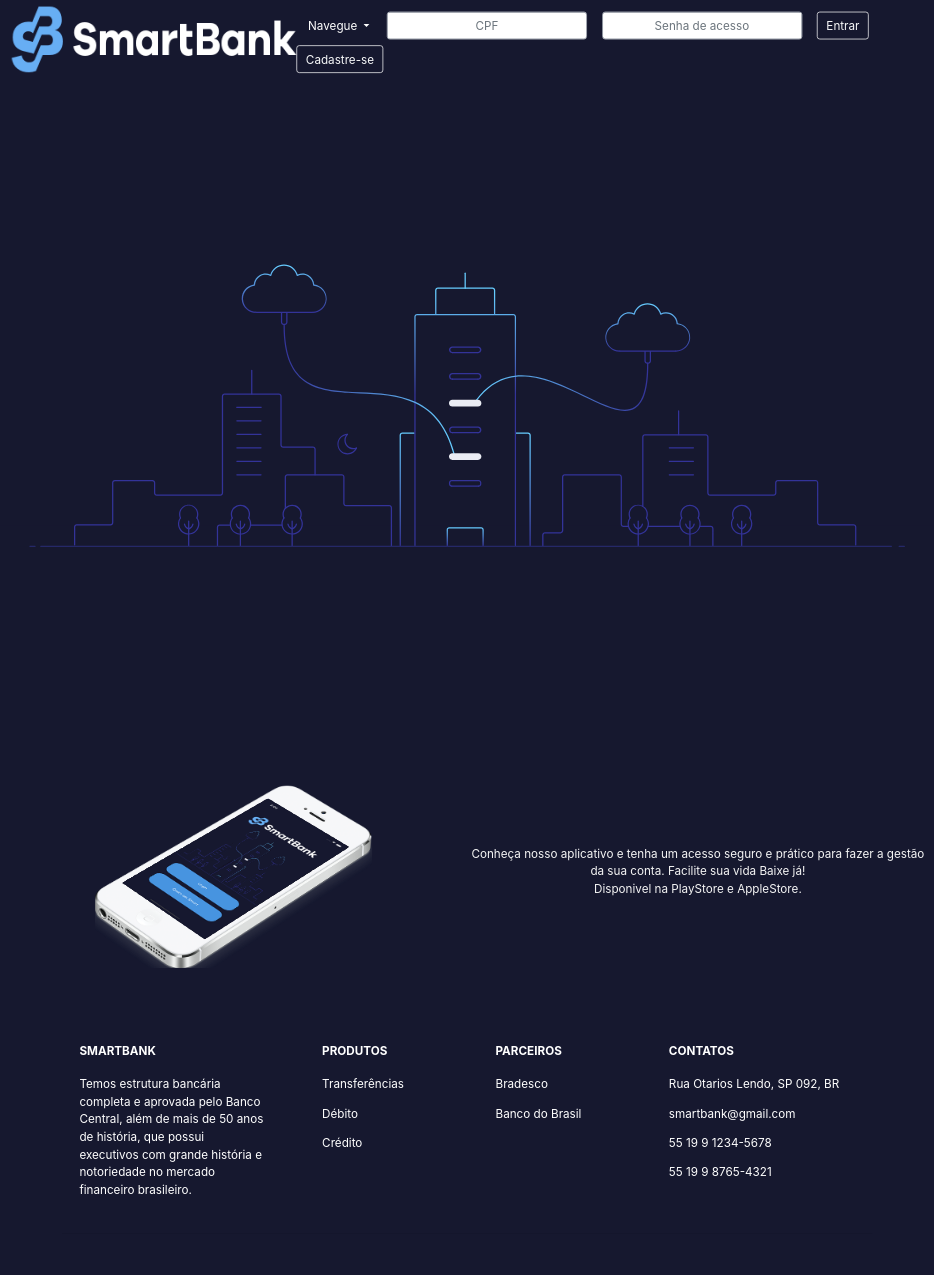
Repository: davitolentino/Mini-Projeto-SmartBank
Page: http://localhost/SmartBank/home.jsp
The author's editor kept a copy of each file at every save. The page is drawn from the files as they stood at one save, then again after the next save.
The browser window is 1280 px wide. The pictures show the whole page, at 73% of full size.
The page is served by Tomcat 9.

Above is the page before, as saved 2020-03-04 13:19:24.

### frontend/SmartBank/WebContent/home.jsp
<%@page import="java.util.Calendar"%>
<%@page import="java.util.Date"%>
<%@ page language="java" contentType="text/html; charset=ISO-8859-1"
	pageEncoding="ISO-8859-1"
	import="java.net.*"
    import="java.io.*"
	import="org.json.*"
	import="java.lang.Object.*"%>
<!DOCTYPE html>
<html>
<head>
<meta charset="UTF-8">
<meta name="viewport" content="width=device-width, initial-scale=1.0">
<meta http-equiv="X-UA-Compatible" content="ie=edge">
<title>PÁGINA INICIAL</title>
<script src="bootstrap/jquery/dist/jquery.slim.min.js"></script>
<script src="jQuery Mask/jquery.mask.js"></script>
<script src="bootstrap/popper.js/dist/umd/popper.min.js"></script>
<script src="bootstrap/dist/js/bootstrap.min.js"></script>
<link rel="stylesheet" type="text/css" href="homecss.css" />
<link rel="stylesheet" href="bootstrap/dist/css/bootstrap.min.css">
<link rel="icon" type="image/png" href="img/logo.png" />
<style>
.celular {
	position: relative;
	display: block;
	margin-left: auto;
	margin-right: auto;
}

a:link {
	text-decoration: none;
}

.celular .screen {
	position: absolute;
	top: 0;
	left: 0;
	transition: 0.5s;
}

.celular:hover .screen.screen5 {
	transform: translateY(-160px);
	opacity: 1;
}

.celular:hover .screen.screen4 {
	transform: translateY(-1);
	opacity: .8;
}

.celular:hover .screen.screen3 {
	transform: translateY(-80px);
	opacity: .6;
}

.celular:hover .screen.screen2 {
	transform: translateY(-40px);
	opacity: .4;
}

.celular:hover .screen.screen1 {
	transform: translateY(0px);
	opacity: .2;
}
</style>
</head>
<body class="conteudo">
	<%
		String nb = "nobody";
		String whois = (session.getAttribute("usuario") == null) ? "{\"nobody\":"+nb+"}" : session.getAttribute("usuario").toString();
		JSONObject j = new JSONObject(whois);
		String saldo = "";

		if(!whois.equals("{\"nobody\":"+nb+"}")){
			String n = j.getString("numero_conta");
			j.put("numero_conta", n);

			String teste = "teste";

			if(teste.equals("teste")){
				URL url = new URL("http://10.87.203.16:8080/WebService/service");

				HttpURLConnection con = (HttpURLConnection) url.openConnection();
				con.setRequestMethod("POST");
				con.setDoOutput(true);

				String parametros = "id=2&tipo=2&valores="+j.toString();
				DataOutputStream wr = new DataOutputStream(con.getOutputStream());
				wr.writeBytes(parametros);

				BufferedReader br = new BufferedReader(new InputStreamReader(con.getInputStream()));

				String apnd = "", linha = "";

				while((linha = br.readLine()) != null) apnd += linha;

				JSONObject obj = new JSONObject(apnd);
				saldo = obj.getString("saldo");
			}
		}

		String tipo = request.getParameter("tipo");

		if(tipo != null){
			if(tipo.equals("6")){
				URL url = new URL("http://10.87.203.16:8080/WebService/service");

				String cpf = request.getParameter("cpf");
				String cpf1 = cpf.replace(".", "");
				String cpfzao = cpf1.replace("-", "");

				String senhaAcesso = request.getParameter("senhaAcessoLogin");
				String sair = request.getParameter("sair");

				JSONObject json = new JSONObject();
				json.put("documento", cpfzao);
				json.put("senhaAcesso", senhaAcesso);

				HttpURLConnection con = (HttpURLConnection) url.openConnection();
				con.setRequestMethod("POST");
				con.setDoOutput(true);

				String parametros = "id=2&tipo=6&valores="+json.toString();
				DataOutputStream wr = new DataOutputStream(con.getOutputStream());
				wr.writeBytes(parametros);

				BufferedReader br = new BufferedReader(new InputStreamReader(con.getInputStream()));

				String apnd = "", linha = "";

				while((linha = br.readLine()) != null) apnd += linha;

				JSONObject obj = new JSONObject(apnd);
				String nome = obj.getString("nome");
				String numero = obj.getString("numero_conta");

				HttpSession hs = request.getSession();
				hs.setAttribute("usuario", apnd);
				response.sendRedirect("home.jsp");
			}else{
				HttpSession hs = request.getSession();
				hs.invalidate();
				response.sendRedirect("home.jsp");
			}
		}

		String tipagem = request.getParameter("tipagem");
		String recebedor = "";

		if(tipagem != null){
			String nome = request.getParameter("nome");

			String cpf = request.getParameter("cpf");
			String cpf1 = cpf.replace(".", "");
			String cpfzao = cpf1.replace("-", "");

			String dataNasc = request.getParameter("dataNasc");
			String dataNasc1 = dataNasc.replace("/", "");

			String endereco = request.getParameter("endereco");

			String telefone = request.getParameter("telefone");
			String tel1 = telefone.replace("(", "");
			String tel2 = tel1.replace(")", "");
			String tel3 = tel2.replace("-", "");
			String tel4 = tel3.replace(" ", "");
			String tel5 = tel4.replace(" ", "");

			String senhaLogin = request.getParameter("senhaLogin");
			String senhaAcesso = request.getParameter("senhaAcesso");

			if( (nome != null) && (cpf != null) && (dataNasc != null) && (endereco != null) && (telefone != null) && (senhaLogin != null) && (senhaAcesso != null) ){
				URL url = new URL("http://10.87.203.16:8080/WebService/service");

				JSONObject json = new JSONObject();
				json.put("nome", nome);
				json.put("cpf", cpfzao);
				json.put("dataNasc", dataNasc1);
				json.put("endereco", endereco);
				json.put("telefone", tel5);
				json.put("senhaLogin", senhaLogin);
				json.put("senhaAcesso", senhaAcesso);

				HttpURLConnection con = (HttpURLConnection) url.openConnection();
				con.setRequestMethod("POST");
				con.setDoOutput(true);

				String parametros = "id=2&tipo="+tipagem+"&valores="+json.toString();
				DataOutputStream wr = new DataOutputStream(con.getOutputStream());
				wr.writeBytes(parametros);

				BufferedReader br = new BufferedReader(new InputStreamReader(con.getInputStream()));

				String apnd = "", linha = "";

				while((linha = br.readLine()) != null) apnd += linha;

				JSONObject jon = new JSONObject(apnd);

				if(jon.has("cod")){
					int cod = jon.getInt("cod");

					if(cod == 101){
						out.print("<script>alert('Parâmetros fora do escopo.')</script>");
					}else if(cod == 102){
						out.print("<script>alert('Senha de acesso invalida.')</script>");
					}else if(cod == 103){
						out.print("<script>alert('CPF Inválido.')</script>");
					}else if(cod == 104){
						out.print("<script>alert('Data inválida.')</script>");
					}else if(cod == 105){
						out.print("<script>alert('Falha ao inserir.')</script>");
					}else if(cod == 106){
						out.print("<script>alert('CPF inválido.')</script>");
					}else if(cod == 001){
						out.print("<script>alert('Tipo não informado.')</script>");
					}else if(cod == 002){
						out.print("<script>alert('Valores não recebidos.')</script>");
					}else if(cod == 003){
						out.print("<script>alert('ID não informado.')</script>");
					}else if(cod == 007){
						out.print("<script>alert('Campo não encontrado.')</script>");
					}else{
						out.print("<script>alert('Conta não existe.')</script>");
					}
				}else{
					out.print("<script>alert('Número da sua conta é: "+jon.getString("numero_conta")+". Anote-a ou logue para saber sua conta.')</script>");
				}
			}
		}
	%>
	<div class="navConteudo pb-4">
		<nav class="navbar navbar-expand-lg navbar-light" id="Letreiro">
			<a href="home.jsp"><img src="img/logot.png" id="imgNav"
				width="390px" height="90px"></a>
			<button class="navbar-toggler btn btn-light" type="button" data-toggle="collapse"
				data-target="#navbarSupportedContent"
				aria-controls="navbarSupportedContent" aria-expanded="false"
				aria-label="Toggle navigation">
				<span class="navbar-toggler-icon btn btn-light bg-light"></span>
			</button>

			<div class="collapse navbar-collapse" id="navbarSupportedContent">
				<div class="form-inline ml-auto">
					<div class="dropdown show">
						<a class="nav-link dropdown-toggle" href="#" id="navbarDropdown"
							role="button" data-toggle="dropdown" aria-haspopup="true"
							aria-expanded="false;" style="text-decoration: none;">
							Navegue </a>
						<div class="dropdown-menu" aria-labelledby="navbarDropdown">
							<a class="dropdown-item" href="debcre.jsp">Débito e Crédito</a>
							<a class="dropdown-item" href="transferencias.jsp">Transferência</a>
							<a class="dropdown-item" href="extrato.jsp">Consultar
								extrato</a>
							<a class="dropdown-item" href="pagarboleto.jsp">Pagamento de boleto</a>
						</div>
					</div>

					<!-- Modal -->
					<div class="modal fade" id="ModalCadastro" tabindex="-1"
						role="dialog">
						<div class="modal-dialog modal-dialog-centered modal-lg">
							<div class="modal-content">
								<div class="modal-header">
									<h5 class="modal-title">Faça seu cadastro</h5>
									<button type="button" class="close" data-dismiss="modal"
										aria-label="Close">
										<span aria-hidden="true">&times;</span>
									</button>
								</div>
								<form method="post" action="#">
									<div class="modal-body cadastroModal">
										<div class="form-group divNome">
											<div class="nome1">
												<label class="mr-auto">Nome</label> <input id="inputNome"
													class="form-control" name="nome" maxlength="152" required />
											</div>
										</div>

										<div class="form-group divCpf">
											<div class="cpf1">
												<label class="mr-auto">CPF</label> <input id="inputCpf"
													class="form-control col-11" name="cpf" required />
											</div>
										</div>

										<div class="form-group divDatNasc">
											<div class="dataNasc1">
												<label class="mr-auto">Data de nascimento</label> <input
													id="inputNasc" class="form-control col-11" name="dataNasc"
													required />
											</div>
										</div>

										<div class="form-group divEndereco">
											<div class="endereco1">
												<label class="mr-auto">Endereço</label> <input
													id="inputEndereco" class="form-control col-11"
													name="endereco" required />
											</div>
										</div>

										<div class="form-group divTelefone">
											<div class="telefone1">
												<label class="mr-auto">Telefone</label> <input
													id="inputTelefone" class="form-control col-11"
													name="telefone" required />
											</div>
										</div>

										<div class="form-group divSenhaAcesso">
											<div class="acesso1">
												<label class="mr-auto">Senha de acesso</label> <input
													type="password" id="inputAcesso" class="form-control col-11"
													name="senhaAcesso" required maxlength="6"/>
											</div>
										</div>

										<div class="form-group divSenhaLogin">
											<div class="login1">
												<label class="mr-auto">Senha de login</label> <input
													type="password" id="inputLogin" class="form-control col-11"
													name="senhaLogin" required minlength="8" maxlength="16" />
											</div>
										</div>
										<input type="hidden" name="tipagem" value="1" />
									</div>
									<div class="modal-footer">
										<button type="submit" class="cadas">Cadastrar</button>
									</div>
								</form>
							</div>
						</div>
					</div>

					<div>
						<%if(whois.equals("{\"nobody\":"+nb+"}")){ %>
							<form method="post" action="#">
								<input name="cpf" id="cpf" class="text-center form-control m-2"
									placeholder="CPF" required /> <input name="senhaAcessoLogin" type="password"
									class="text-center form-control m-2"
									placeholder="Senha de acesso" required />
									<input type="hidden" name="tipo" value="6"/>
								<button type="submit" class="btn btn-outline-light form-control m-2 btnLogin">Entrar</button>
							</form>
						<%}else{ %>
							<form method="post" action="#">
								<input type="hidden" name="tipo" value="out" />
								<button type="submit" class="btn btn-outline-light form-control m-2">Sair</button>
							</form>
						<%} %>
					</div>
					<%if(whois.equals("{\"nobody\":"+nb+"}")){ %>
					<button type="button" class="btn btn-outline-light form-control mr-auto" data-toggle="modal" data-target="#ModalCadastro" id="Letreiro">Cadastre-se</button>
					<%} %>
				</div>
			</div>
		</nav>
	</div>

	<%if(whois.equals("{\"nobody\":"+nb+"}")){ %>
	<div class="partHome pt-4">
		<div class="divHome m-auto">
			<img src="img/background (1).svg" height="800" width="1200">
		</div>
	</div>

	<br>
	<br>
	<br>
	<br>

	<div class="partHome1 pt-4 pb-4">
		<div class="celular m-auto">
			<img src="img/iphone700px.png" class="rounded mx-auto d-block"
				height="250" height="250"> <img src="img/screen.png"
				class="screen screen1 rounded mx-auto d-block" height="250"
				height="250"> <img src="img/screen.png"
				class="screen screen2 rounded mx-auto d-block" height="250"
				height="250"> <img src="img/screen.png"
				class="screen screen3 rounded mx-auto d-block" height="250"
				height="250"> <img src="img/screen.png"
				class="screen screen4 rounded mx-auto d-block" height="250"
				height="250"> <img src="img/screen.png"
				class="screen screen5 rounded mx-auto d-block" height="250"
				height="250">
		</div>
		<div class="msgnCel m-auto text-center pr-2">
			<p style="color: whitesmoke;">
				Conheça nosso aplicativo e tenha um acesso seguro e prático para
				fazer a gestão da sua conta. Facilite sua vida Baixe já!<br>
				Disponivel na PlayStore e AppleStore.
			</p>
		</div>
	</div>
	<%}else{ %>
		<div class="container pt-5">
			<div class="card">
				<div class="card-header text-center" style="background-color: #4794e0; color: white; border: 1px solid-transparent #4794e0">INFORMAÇÕS DA CONTA</div>
				<div class="card-body">
					<div class="row">
						<div class="card col-5 mb-2 ml-5 pl-0 pr-0 m-auto">
							<div class="card-header">Nome:</div>
							<div class="card-body">
								<p> <%=j.getString("nome") %></p>
							</div>
						</div>
						<div class="col-1"></div>
						<div class="card col-5 mb-2 pl-0 pr-0 m-auto">
							<div class="card-header">Endereço:</div>
							<div class="card-body">
								<p> <%=j.getString("endereco") %></p>
							</div>
						</div>
					</div>

					<div class="row">
						<div class="card col-5 mb-2  ml-5 pl-0 pr-0 m-auto">
							<div class="card-header">Data de nascimento:</div>
							<div class="card-body">
								<% String[] datNasc = j.getString("dataNasc").split("-"); %>
								<p> <%=datNasc[2]+"/"+datNasc[1]+"/"+datNasc[0] %></p>
							</div>
						</div>
						<div class="col-1"></div>
						<div class="card col-5 mb-2 pl-0 pr-0 m-auto">
							<div class="card-header">Telefone:</div>
							<div class="card-body">
								<% String[] telEdit = j.getString("telefone").split(""); %>
								<p>(<%=telEdit[0]+""+telEdit[1]%>) <%=telEdit[2] %> <%=telEdit[3]+""+telEdit[4]+""+telEdit[5]+""+telEdit[6] %>-<%=telEdit[7]+""+telEdit[8]+""+telEdit[9]+""+telEdit[10] %></p>
							</div>
						</div>
					</div>

					<div class="row">
						<div class="card col-5 mb-2  ml-5 pl-0 pr-0 m-auto">
							<div class="card-header">Número da conta:</div>
							<div class="card-body">
								<p> <%=j.getString("numero_conta") %></p>
							</div>
						</div><br>
						<div class="col-1"></div>
						<div class="card col-5 mb-2 mt-2 pl-0 pr-0 m-auto">
							<div class="card-header">Saldo:</div>
							<div class="card-body">
								<p>R$ <%=saldo %></p>
							</div>
						</div>
					</div>
				</div>
			</div>

		</div><br>
		<style>
			#cliente{
				display: grid;
				grid-template-columns: 1fr 1fr 1fr 1fr;
				grid-template-rows: 1fr 1fr;
			}

			#botao1{
				grid-column-start: 2;
				grid-column-end: 2;
			}

			#botao2{
				grid-column-start: 3;
				grid-column-end: 3;
			}

		</style>
		<div>
			<div id="cliente">
				<div id="botao1" class="col mb-2"><a href="debcre.jsp"><button class="btn btn-outline-primary btn-lg btn-block">Débito/Crédito</button></a></div>
				<div id="botao2" class="col mb-2"><a href="transferencias.jsp"><button class="btn btn-outline-primary btn-lg btn-block">Transferência</button></a></div>
				<div id="botao1" class="col mb-2"><a href="pagarboleto.jsp"><button class="btn btn-outline-primary btn-lg btn-block">Pagar boleto</button></a></div>
				<div id="botao2" class="col mb-2"><a href="extrato.jsp"> <button class="btn btn-outline-primary btn-lg btn-block">Extrato</button></a></div>
			</div>
		</div>



		<br>
		<br>
		<br>

	<%} %>
	<%if(whois.equals("{\"nobody\":"+nb+"}")){ %>
	<div class="footer text-white pt-4">
		<footer class="page-footer font-small mdb-color pt-4">
			<div class="container text-center text-md-left">
				<div class="row text-center text-md-left mt-3 pb-3">
					<div class="col-md-3 col-lg-3 col-xl-3 mx-auto mt-3">
						<h6 class="text-uppercase mb-4 font-weight-bold">SmartBank</h6>
						<p>Temos estrutura bancária completa e aprovada pelo Banco
							Central, além de mais de 50 anos de história, que possui
							executivos com grande história e notoriedade no mercado
							financeiro brasileiro.</p>
					</div>

					<hr class="w-100 clearfix d-md-none">

					<div class="col-md-2 col-lg-2 col-xl-2 mx-auto mt-3">
						<h6 class="text-uppercase mb-4 font-weight-bold">Produtos</h6>
						<p>
							<a href="transferencia.html" class="text-white"
								style="text-decoration: none;">Transferências</a>
						</p>
						<p>
							<a href="debcre.html" class="text-white"
								style="text-decoration: none;">Débito</a>
						</p>
						<p>
							<a href="debcre.html" class="text-white"
								style="text-decoration: none;">Crédito</a>
						</p>
					</div>

					<hr class="w-100 clearfix d-md-none">

					<div class="col-md-3 col-lg-2 col-xl-2 mx-auto mt-3">
						<h6 class="text-uppercase mb-4 font-weight-bold">Parceiros</h6>
						<p>
							<a href="https://banco.bradesco/html/classic/index.shtm"
								class="text-white" style="text-decoration: none;">Bradesco</a>
						</p>
						<p>
							<a href="https://www.bb.com.br/pbb/pagina-inicial"
								class="text-white" style="text-decoration: none;">Banco do
								Brasil</a>
						</p>
					</div>
	<%} %>
					<hr class="w-100 clearfix d-md-none">

					<div class="col-md-4 col-lg-3 col-xl-3 mx-auto mt-3 text-white">
						<h6 class="text-uppercase mb-4 font-weight-bold">Contatos</h6>
						<p>
							<i></i> Rua Otarios Lendo, SP 092, BR
						</p>
						<p>
							<i></i> smartbank@gmail.com
						</p>
						<p>
							<i></i> 55 19 9 1234-5678
						</p>
						<p>
							<i></i> 55 19 9 8765-4321
						</p>
					</div>

				</div>

				<hr>

				<div class="row d-flex align-items-center">
					<div class="col-md-7 col-lg-8"></div>

					<div class="col-md-5 col-lg-4 ml-lg-0">
						<div class="text-center text-md-right">
							<ul class="list-unstyled list-inline">
								<li class="list-inline-item"><a
									class="btn-floating btn-sm rgba-white-slight mx-1"> <i
										class="fab fa-facebook-f"></i>
								</a></li>
								<li class="list-inline-item"><a
									class="btn-floating btn-sm rgba-white-slight mx-1"> <i
										class="fab fa-twitter"></i>
								</a></li>
								<li class="list-inline-item"><a
									class="btn-floating btn-sm rgba-white-slight mx-1"> <i
										class="fab fa-google-plus-g"></i>
								</a></li>
								<li class="list-inline-item"><a
									class="btn-floating btn-sm rgba-white-slight mx-1"> <i
										class="fab fa-linkedin-in"></i>
								</a></li>
							</ul>
						</div>
					</div>
				</div>
			</div>
		</footer>
	</div>

	<script src="homejs.js"></script>
</body>
</html>

Loaded but not shown: frontend/SmartBank/WebContent/bootstrap/jquery/dist/jquery.slim.min.js (library); frontend/SmartBank/WebContent/jQuery Mask/jquery.mask.js (library); frontend/SmartBank/WebContent/bootstrap/popper.js/dist/umd/popper.min.js (library); frontend/SmartBank/WebContent/bootstrap/dist/js/bootstrap.min.js (library); frontend/SmartBank/WebContent/bootstrap/dist/css/bootstrap.min.css (library); frontend/SmartBank/WebContent/img/background (1).svg (103 lines, source omitted); frontend/SmartBank/WebContent/homejs.js (12 lines, source omitted); frontend/SmartBank/WebContent/homecss.css (361 lines, source omitted)

After the next save:
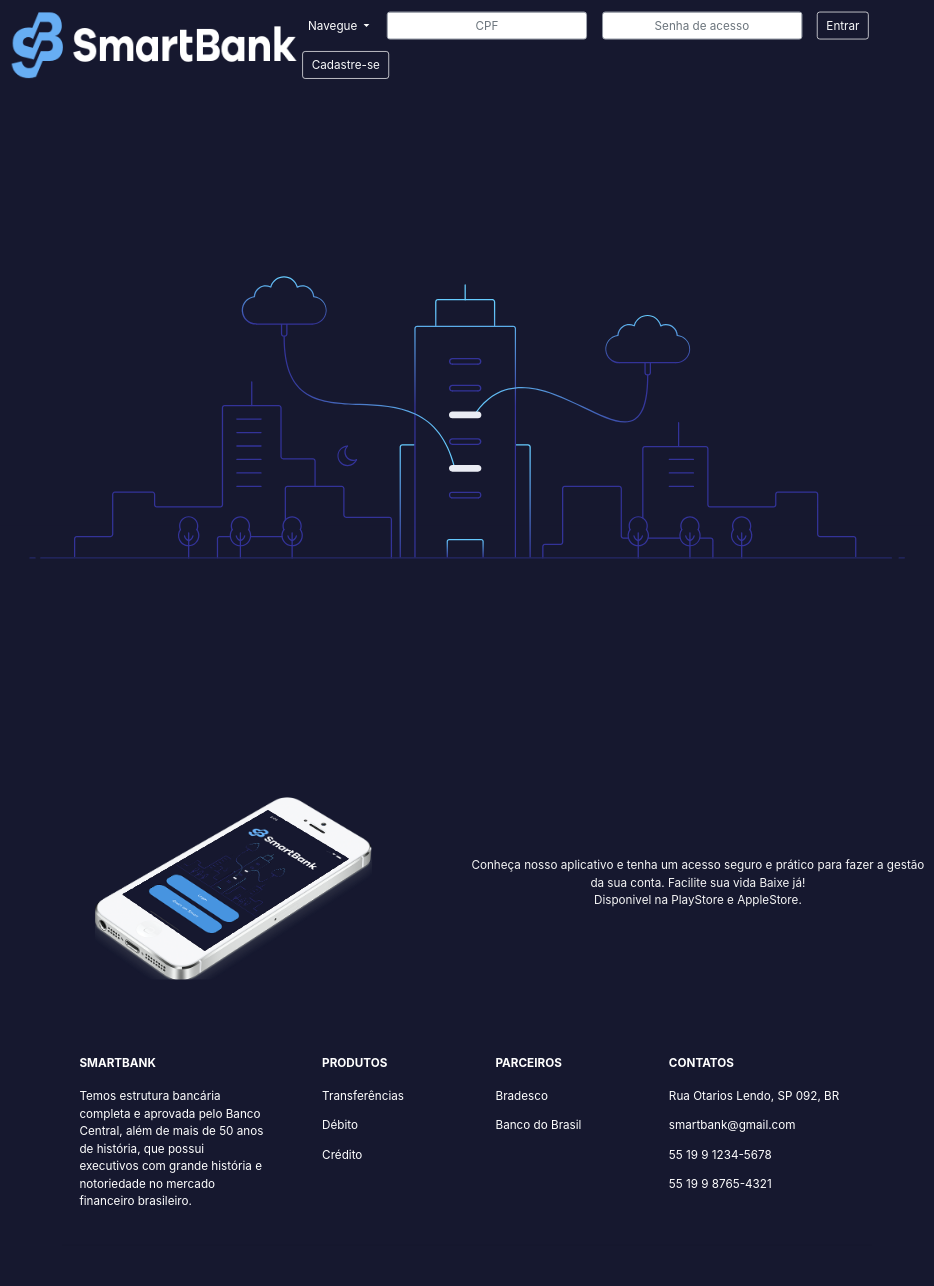
Saved 38 s later.
--- a/frontend/SmartBank/WebContent/home.jsp
+++ b/frontend/SmartBank/WebContent/home.jsp
@@ -352,7 +352,7 @@ a:link {
 						<%} %>
 					</div>
 					<%if(whois.equals("{\"nobody\":"+nb+"}")){ %>
-					<button type="button" class="btn btn-outline-light form-control mr-auto" data-toggle="modal" data-target="#ModalCadastro" id="Letreiro">Cadastre-se</button>
+					<button type="button" class="btn btn-outline-light form-control m-2" data-toggle="modal" data-target="#ModalCadastro" id="Letreiro">Cadastre-se</button>
 					<%} %>
 				</div>
 			</div>
